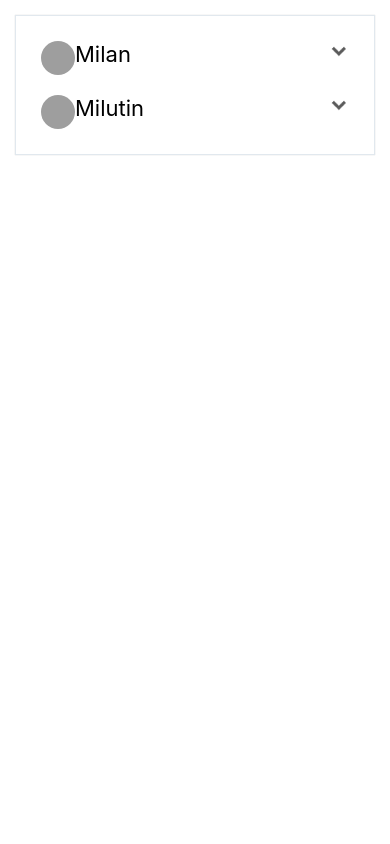
Repository: likanbl/intern-feature
Screen: /
These files come from the project's save history. The screen is drawn as it stood at one moment and after the next save; the edit follows.
Pictures or frames that could not be fetched are drawn as grey boxes. The app was drawn by React Native's web renderer in a window 390 px wide. The project was rebuilt for these pictures with package versions that can differ from the ones it lists, and the page was loaded fresh each time.

Above is the screen before, as saved 2019-09-11 14:55:45.

After the next save:
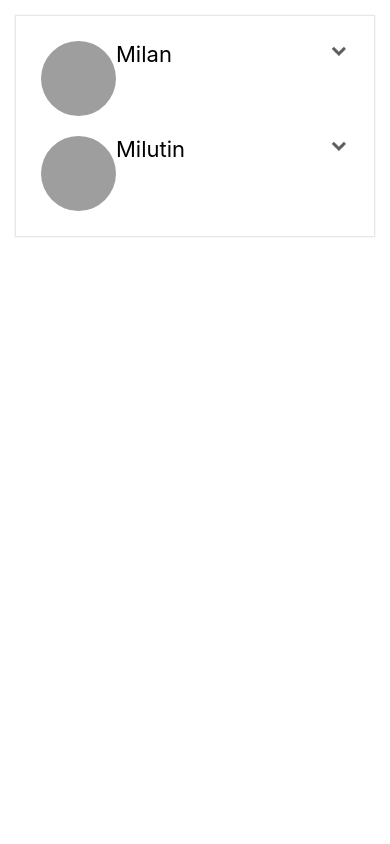
Saved 86 s later.
--- a/src/components/home/HomeItem.js
+++ b/src/components/home/HomeItem.js
@@ -38,6 +38,7 @@ class HomeItem extends Component {
         <TouchableWithoutFeedback onPress={this.onPress}>
           <View style={styles.titleContainer}>
             <Avatar
+              size="large"
               rounded
               source={{
                 uri:
